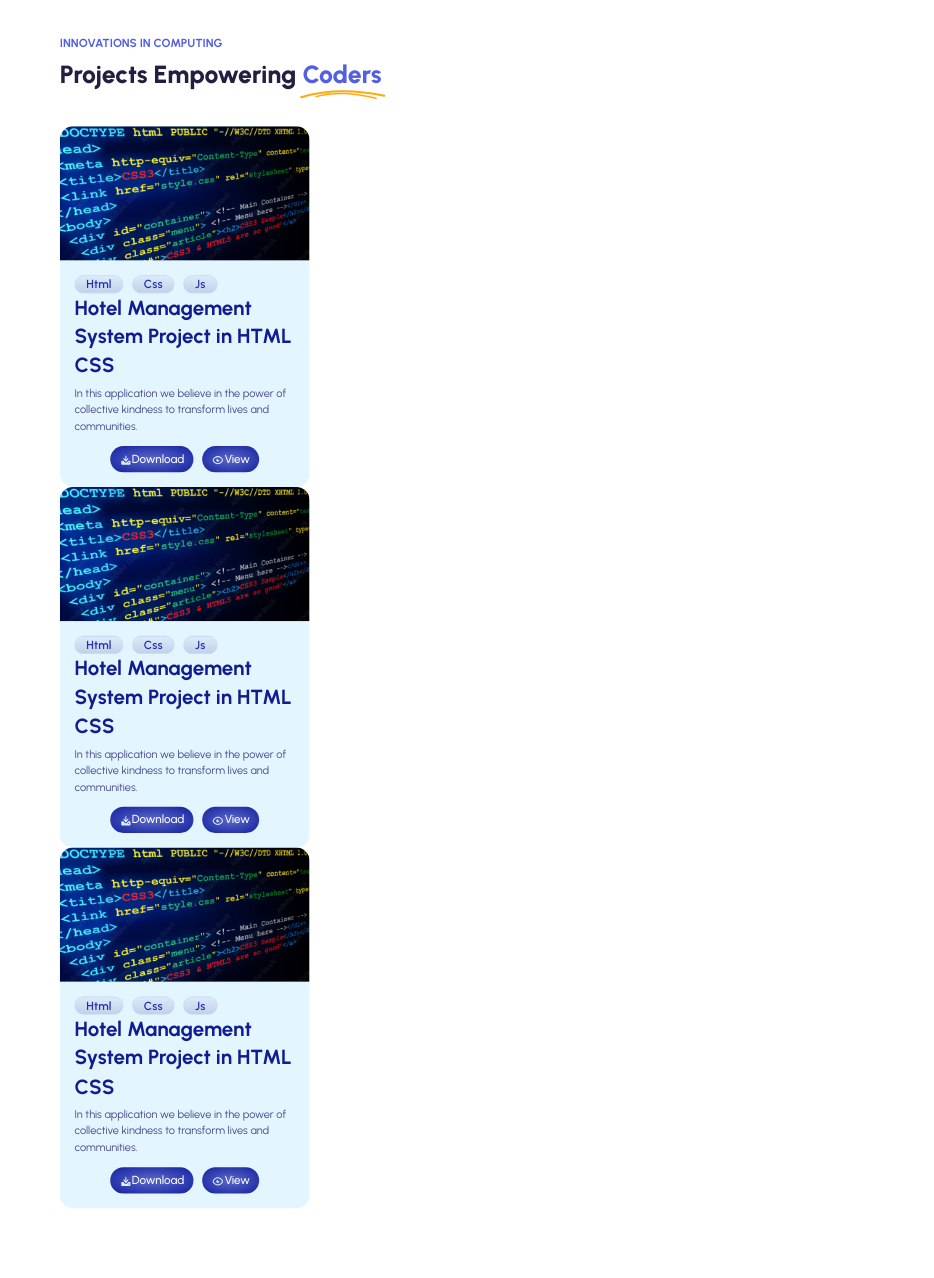
Repository: sharma171/jtccreativeideas
Page: /newsection (app in nextjssite/)
An editor plug-in stored every save of this project. The page is shown before and after the next save, followed by the edit.
The browser window is 1280 px wide. The pictures show the whole page, at 73% of full size.
The project was rebuilt for these pictures with package versions that can differ from the ones it lists, and the page was loaded fresh each time. The framework's server and built-in components were replaced by stand-ins that run in the browser. Also part of the build but not shown: nextjssite/next.config.mjs.

Above is the page before, as saved 2024-03-28 14:38:36.

After the next save:
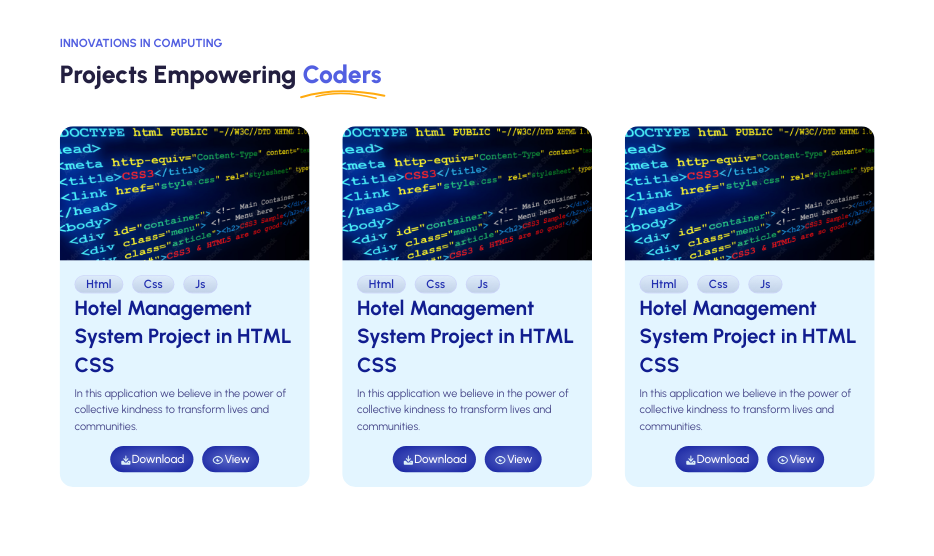
Saved 27 s later.
--- a/nextjssite/src/app/newsection/page.css
+++ b/nextjssite/src/app/newsection/page.css
@@ -34,6 +34,9 @@ section.projects {
     padding: 0;
     margin: 45px 0;
     list-style: none;
+    display: flex;
+    flex-direction: row;
+    gap: 45px;
 }
 .project-cards li {
     width: calc(33.33333333333333% - 30px);
